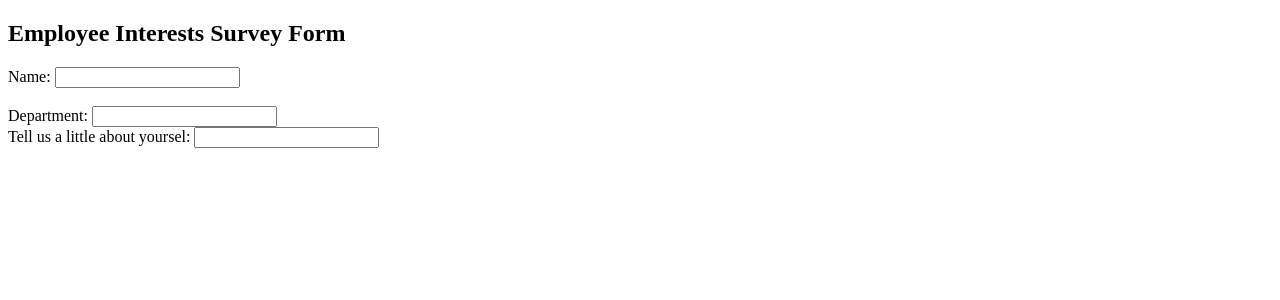
Repository: JoaoLemesDEV/Exercise-Survey-Form
Page: index.html
These files come from the project's save history. The page is drawn as it stood at one moment and after a run of saves; the edit follows.
The browser window is 1280 px wide. The pictures show the whole page.

Above is the page before, as saved 2021-10-10 18:19:46.

### index.html
<!DOCTYPE html>
<html lang="en">
<head>
  <meta charset="UTF-8">
  <meta http-equiv="X-UA-Compatible" content="IE=edge">
  <meta name="viewport" content="width=device-width, initial-scale=1.0">
  <title>Survey Form</title>
</head>
<body>
  <h2>Employee Interests Survey Form</h2>
  <label for="name">Name: </label>
  <input type="text" name="name" id=""><br><br>
  <label for="dep">Department:</label>
  <input type="text" name="dep" id=""><br>
  <label for="comment">Tell us a little about yoursel:</label>
  <input type="text">

</body>
</html>

After the next 3 saves:
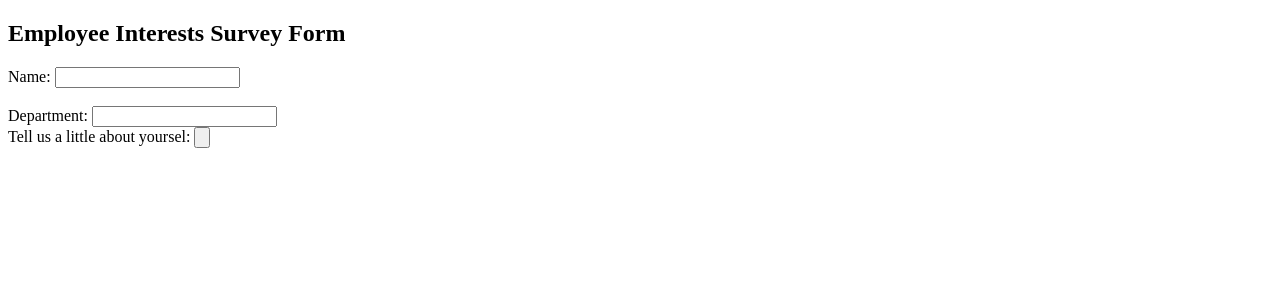
The 3 saves are shown as one change because they came seconds apart.
The last was saved 12 s later.
--- a/index.html
+++ b/index.html
@@ -13,7 +13,7 @@
   <label for="dep">Department:</label>
   <input type="text" name="dep" id=""><br>
   <label for="comment">Tell us a little about yoursel:</label>
-  <input type="text">
+  <input type="button" value="">
 
 </body>
 </html>
